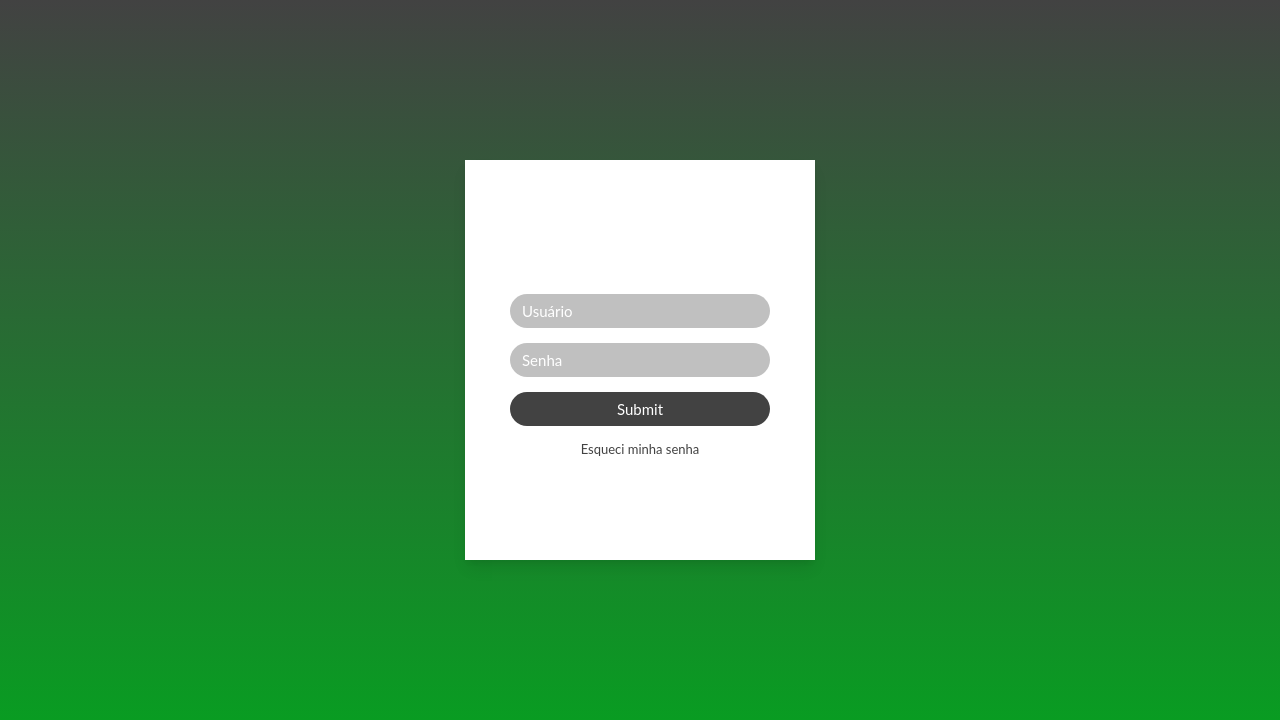
Repository: JoaoNahid/adminSystem
Page: /login (app in client/)
The author's editor kept a copy of each file at every save. The page is drawn from the files as they stood at one save, then again after the next save.
The browser window is 1280 px wide. The pictures show the whole page.
The project was rebuilt for these pictures with package versions that can differ from the ones it lists, and the page was loaded fresh each time. Also part of the build but not shown: client/src/App.css, client/src/css/sidebar.css, client/src/routes/cadastro.js, client/src/components/sidebar.js, client/src/components/verificaLogin.js, client/src/routes/home.js, client/src/routes/404.js, client/src/routes/lote.js and 2 more.

Above is the page before, as saved 2022-05-07 17:19:30.

### client/src/App.js
import logo from './logo.svg';
import React, { useState, useEffect } from "react"
import './App.css';
import './css/style.css';
import './css/sidebar.css';


// Router
import { BrowserRouter as Router, Route, Routes } from 'react-router-dom';
// Telas
import Login from './routes/login.js'
import Cadastro from './routes/cadastro.js'
import Home from './routes/home.js'
import Error from './routes/404.js'
import Header from './routes/header.js'
import Lote from './routes/lote.js'
import Calculos from './routes/calculos.js'
import EdicaoPaginas from "./routes/edicaoPaginas"

export default function App() {

  return (
    <Router>
      <div>
        <Header />
        <Routes>
          <Route exact path="/login" element={<Login />} />
          <Route exact path="/cadastro" element={<Cadastro />} />
          <Route exact path="/" element={<Home />} />
          <Route exact path="/home" element={<Home />} />
          <Route exact path="/lote/:id" element={<Lote />} />
          <Route exact path="/calculos" element={<Calculos />} />
          <Route exact path="/edicao" element={<EdicaoPaginas />} />
          <Route path="*" element={<Error />} />
        </Routes>
      </div>
    </Router>
  )
}

### client/src/css/style.css
body{
  margin: 0;
  padding: 0;
  font-family: 'Lato', sans-serif;
}
*{
  margin: 0;
  padding: 0;
  font-family: 'Lato', sans-serif;
}
:root{
  --cor1: #099c22;
  --cor2: #424242;
}

@import url('https://fonts.googleapis.com/css2?family=Lato:ital,wght@0,100;0,300;0,400;0,700;0,900;1,100;1,300;1,400;1,700;1,900&display=swap');


.container{
  max-width: calc(100% - 80px);
  padding: 0 15px;
  margin: 0 auto 0 80px;
}
.nomePagina{
  padding: 8px 0;
  margin-bottom: 15px;
  background-color: #fff;
  display: flex;
  flex-direction: row;
  justify-content: space-between;
  align-items: center;
}

.tituloPagina{
  color: var(--cor2);
  font-size: 30px;
}
.mostrarEstatisticas{
  color: var(--cor2);
  font-size: 30px;
  cursor: pointer;
  transform: rotate(180deg);
}
.flexBox{
  display: flex;
}
.flexRow{
  flex-direction: row;
}
/* SIDEBAR */
.sidebar{
  position: fixed;
  top: 0;
  bottom: 0;
  height: auto;
  width: 70px;
  background-color: var(--cor2);
  box-shadow: 10px 0 0 var(--cor1);
  overflow: hidden;
  transition: 0.5s;
  z-index: 2;
}
.sidebar:hover{
  width: 300px;
}
.sidebar ul{
  position: absolute;
  top: 200px;
  left: 0;
  width: 100%;
  padding-left: 5px;
}
.sidebar ul li{
  position: relative;
  list-style: none;
  width: 100%;
  border-top-left-radius: 20px;
}
.sidebar ul li a{
  position: relative;
  display: flex;
  width: 100%;
  text-decoration: none;
  color: #fff;
}
.sidebar .iconeSidebar{
  position: relative;
  display: block;
  min-width: 60px;
  height: 60px;
  text-align: center;
  line-height: 70px;
}
.sidebar .iconeSidebar ion-icon{
  position: relative;
  font-size: 1.5rem;
  z-index: 1;
}
.sidebar .tituloSidebar{
  position: relative;
  display: block;
  padding-left: 10px;
  height: 60px;
  line-height: 60px;
  white-space: nowrap;
}
.sidebar .active{
  background: var(--cor1);
}
.perfilUsuario{
  position: relative;
  top: 30px;
  display: flex;
  flex-direction: column;
  justify-content: center;
  align-items: center;
}
.fotoUsuario{
  width: 50px;
  height: 50px;
  border-radius: 50%;
  background-size: cover !important;
  background-repeat: no-repeat !important;
  background-position: center !important;
  transition: 0.6s;
}
.sidebar:hover .fotoUsuario{
  width: 100px;
  height: 100px;
}
.sidebar:hover .nomeUsuario,
.sidebar:hover .funcaoUsuario{
  visibility: visible;
  opacity: 1;
  transition: visibility 0s, opacity 0s linear;
}
.nomeUsuario{
  color: #fff;
  font-size: 20px;
  margin-top: 6px;
  visibility: hidden;
  opacity: 0;
  transition: visibility 0s, opacity 0s linear;
}
.funcaoUsuario{
  color: #fff;
  font-size: 15px;
  visibility: hidden;
  opacity: 0;
  transition: visibility 0s, opacity 0s linear;
}
/* FIM SIDEBAR */

/* DASHBOARD */
.areaBlocosEstatisticas{
  display: grid;
  grid-template-columns: repeat(4, 1fr);
  justify-content: center;
  gap: 20px;
  flex-direction: row;
}
@media(max-width: 1064px){
  .areaBlocosEstatisticas{
    grid-template-columns: repeat(2, 1fr);
  }
}
@media(max-width: 651px){
  .areaBlocosEstatisticas{
    grid-template-columns: 1fr;
  }
}
.blocoEstatistica{
  width: auto;
  height: 150px;
  background: var(--cor2);
  color: #fff;
  border-bottom: 3px solid var(--cor1);
  border-top-left-radius: 20px;
  border-top-right-radius: 20px;
  display: flex;
  flex-direction: column;
  justify-content: space-between;
  align-items: center;
  padding: 8px 12px;
}
.tituloEstatistica{
  font-size: 25px;
  text-transform: capitalize;
}
.conteudoEstatistica{
  display: flex;
  flex-direction: row;
  align-items: center;
  justify-content: space-between;
  width: 100%;
  padding-bottom: 25px;
}
.iconeEstatistica{
  width: 85px;
  font-size: 50px;
  z-index: 0;
}
.dadosEstatistica{
  text-align: center;
  width: 100%;
  font-size: 60px;
  color: #fff;
}
.exibirMenu{
  margin-top: -1000px !important;
  transition: .3s;
}
.rotacionarBtn{
  transform: rotate(180deg);
  transition: .7s ease-in;
}
/* FIM DASHBOARD */

/* LOGIN */
#bgAreaLogin{
  background: rgb(9,156,34);
  background: linear-gradient(0deg, rgba(9,156,34,1) 0%, rgba(66,66,66,1) 100%);
  width: 100%;
  height: 100vh;
}
#areaLogin{
  position: absolute;
  top: 0;
  bottom: 0;
  right: 0;
  left: 0;
  margin: auto auto;
  width: 350px;
  height: 400px;
  box-shadow: rgba(0, 0, 0, 0.1) 0px 10px 15px -3px, rgba(0, 0, 0, 0.05) 0px 4px 6px -2px;
  background-color: #fff;
}
.formLogin{
  padding: 15px 45px ;
  display: flex;
  flex-direction: column;
  gap: 15px;
  align-items: center;
  justify-content: center;
  height: 100%;
}
#areaLogin input{
  /* border-top: 0 none;
  border-right: 0 none;
  border-left: 0 none;
  border-color: var(--cor1); */
  border: 0 none;
  background: #42424255;
  color: var(--cor2);
  border-radius: 20px;
  padding: 8px 12px;
  font-size: 15px;
  width: calc(100% - 24px);
}
#areaLogin input::placeholder{
  color: #fff;
}
#areaLogin input:focus{
  outline: none;
}
.btnLogar{
  width: 100% !important;
  background-color: var(--cor2) !important;
  transition: .3s;
  color: #fff !important;
}
.btnLogar:hover{
  background-color: var(--cor1) !important;
  color: #fff !important;
  cursor: pointer;
}
.esqueciASenha{
  font-size: 13px;
  color: var(--cor2);
  text-decoration: none;
}
.esqueciASenha:hover{
  color: inherit;
}

/* FIM LOGIN */


/* INPUTS */
input:focus{
  outline: 0;
}
.formEdicao input{
  border-top: 0 none;
  border-right: 0 none;
  border-left: 0 none;
  border-bottom: 2px solid var(--cor2);
  padding: 0 5px 2px;
  font-size: 15px;
  transition: 0.3s;
  width: 100%;
}
.formEdicao input:focus{
  border-color: var(--cor1);
}
/* FIM INPUTS */

#headerArea{
  height: 50px;
  width: 100%;
  background-color: rgb(36, 133, 189);
  color: #fff;
}

/* PAGINA DE ERRO */
#errorPage{
  width: 100%;
  text-align: center;
  padding-top: 50px;
}

.inputsConversao{
  border: 1px solid #aaa8a8;
  border-radius: 3px;
  width: 350px;
  padding: 8px 10px;
  margin-bottom: 10px;
}
.tituloInput{
  margin-bottom: 3px;
}
#gridLotes{
  display: grid;
  grid-template-columns: repeat(4, 1fr);
  gap: 8px;
}
.boxLote{
  padding: 5px;
  text-align: left;

  color: #fff;
}
.loteFechado{
  background-color: rgb(230, 91, 109);
}
.loteAberto{
  background-color: rgb(36, 133, 189);
}
.boxConversao{
  flex-direction: row;
  justify-content: space-between;
  gap: 10px;
}
.flexChild100{
  width: 100%;
  padding: 15px;
}

### client/src/routes/login.js
import React, { Component} from "react"
import Axios from "axios"
import md5 from "md5-hash"

export default class Login extends Component{
    constructor() {
        super()

        this.state = {
            usuario: "",
            senha: "",
            email: ""
        }
    }

    logar = (e) => {
        e.preventDefault()
        // 'http://localhost:3001/login/'+this.state.email+'/'+this.state.senha
        Axios.get('http://localhost:3001/login/', {
            params: {
                user: this.state.usuario,
                senha: md5(this.state.senha)
            }

        }).then((response) => {
            var dadosDoServidor = response.data[0]
            if(dadosDoServidor != undefined){
                this.logarUsuario(dadosDoServidor.idUsuario, dadosDoServidor.email)
            } else {
                window.alert('Login Inválido')
            }

        })

    }

    logarUsuario = (id, email) => {

        const token = md5(id+email)
        Axios.post('http://localhost:3001/conexoesUsuarios', {
            id: id,
            token: token
        }).then((response) => {
            console.log(response)
            localStorage.setItem("id", id)
            localStorage.setItem("token", token)
            window.location.href = "/home"
        })
    }

    render() {
        return (
            <div id="bgAreaLogin">
                <div id="areaLogin" className="">
                    <div className="logoAreaLogin">

                    </div>
                    <form className="formLogin" method="post">
                        <input className="inputCampo" type="text" autoComplete="off" placeholder="Usuário" name="usuario" defaultValue={this.state.usuario} onChange={(e) => (this.setState({usuario: e.target.value}))} />
                        <input className="inputCampo" type="password" autoComplete="off" placeholder="Senha" name="senha" defaultValue={this.state.senha} onChange={(e) => (this.setState({ senha: e.target.value }))}/>

                        <input className="btnLogar" type="submit" name="logar" defaultValue="Login" onClick={(e) => this.logar(e)} />
                        <a className="esqueciASenha" href="esqueci-a-senha.php">Esqueci minha senha</a>
                    </form>
                </div>
            </div>
        )
    }
}

### client/src/routes/header.js
import React, { useEffect, useState } from "react"

export default function Header() {

    const [pagina, setPagina] = useState()
    useEffect(() => {
        var link = window.location.href
        link = link.split('/')
        link = link[3]

        setTituloPagina(link)
    })

    function setTituloPagina(link){
        if (link === 'edicao') {
            setPagina('Edição')
        } else if(link === 'home'){
            setPagina('Home')
        } else if(link === 'contato'){
            setPagina('Contato')
        }
    }

    return(
        <div className="container">
            <div className="">
                <h3>{ pagina }</h3>
            </div>
        </div>
    )
}

Loaded but not shown: client/public/index.html (common file); client/src/index.js (common file); client/src/index.css (common file); client/src/reportWebVitals.js (common file)

After the next save:
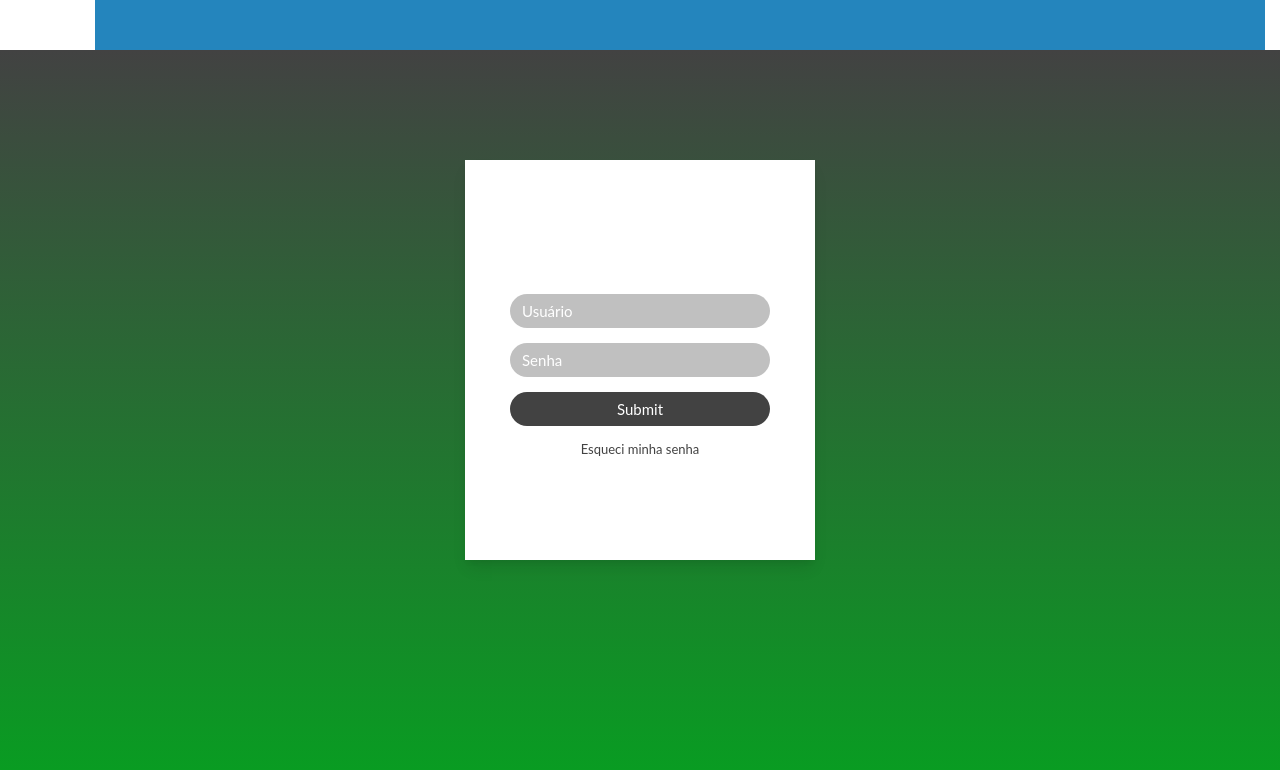
Saved 49 s later.
--- a/client/src/routes/header.js
+++ b/client/src/routes/header.js
@@ -23,7 +23,7 @@ export default function Header() {
 
     return(
         <div className="container">
-            <div className="">
+            <div id="headerArea">
                 <h3>{ pagina }</h3>
             </div>
         </div>
